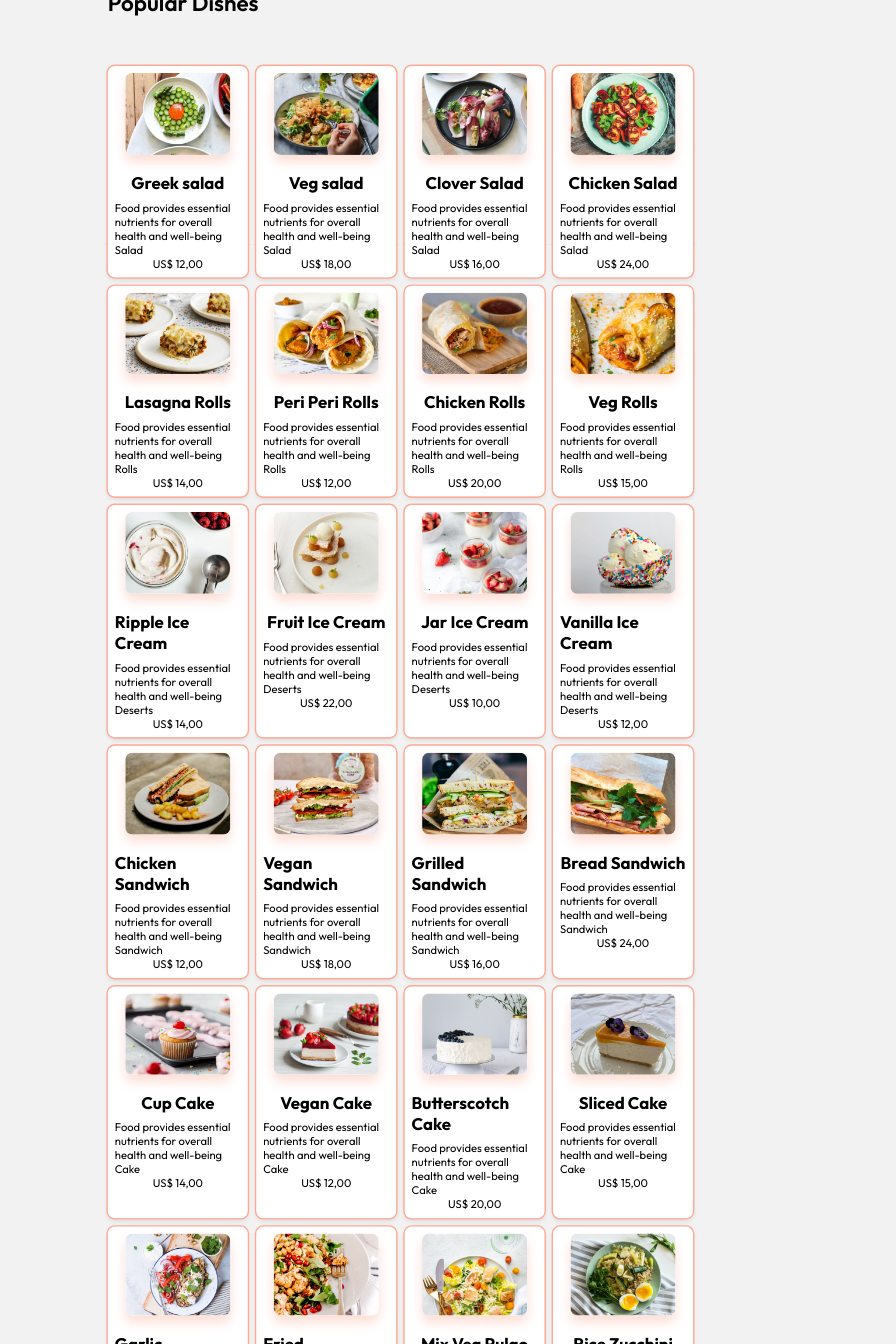
Repository: guilhermecardoso93/foodio
Page: /
These files come from the project's save history. The page is drawn as it stood at one moment and after the next save; the edit follows.
The browser window is 1280 px wide. The pictures show the part of the page from y = 656 to 2576 px (the page is 3417 px tall before and 3217 px after), at 70% of full size.
The project was rebuilt for these pictures with package versions that can differ from the ones it lists, and the page was loaded fresh each time. Also part of the build but not shown: vite.config.js, src/index.css.

Above is the page before, as saved 2024-11-05 20:19:41.

### index.html
<!doctype html>
<html lang="en">

<head>
    <meta charset="UTF-8" />
    <link rel="icon" type="image/svg+xml" href="/" />
    <link rel="preconnect" href="https://fonts.googleapis.com">
    <link rel="preconnect" href="https://fonts.gstatic.com" crossorigin>
    <link href="https://fonts.googleapis.com/css2?family=Inter:ital,opsz,wght@0,14..32,100..900;1,14..32,100..900&family=Outfit:wght@100..900&display=swap" rel="stylesheet">
    <meta name="viewport" content="width=device-width, initial-scale=1.0" />
    <title>Foodio</title>
</head>

<body>
    <div id="root"></div>
    <script type="module" src="/src/main.jsx"></script>
</body>

</html>

### src/main.jsx
import { StrictMode } from "react";
import { createRoot } from "react-dom/client";
import { App } from "./App.jsx";

import "./index.css";
createRoot(document.getElementById("root")).render(
  <StrictMode>
    <App />
  </StrictMode>
);

### src/App.jsx
import "./App.css";
import { Main } from "./components/Main";
import { Menu } from "./components/Menu";

export function App() {
  return (
    <>
      <Menu />
      <Main />
    </>
  );
}

### src/App.css
*, ::after, ::before {
  margin: 0;
  padding: 0;
  box-sizing: border-box;
}

body {
  margin: 0 100px;
  background-color: #f2f2f2;
  font-family: "Outfit", serif;
}

### src/components/Main/index.jsx
import imagem1 from "../../assets/images/image1.png";
import imagem5 from "../../assets/images/image5.png";
import { food_list } from "../../assets/assets";
import { CardItem } from "../CardItem";

import "./styles.css";

export function Main() {
  return (
    <main>
      <section className="grid">
        <div className="content">
          <div className="content-left">
            <div className="info">
              <h2>
                Order Your Best
                <br />
                Food anytime
              </h2>
              <p>
                Hey, our delicious food is waiting for you, <br /> We are always
                waiting for you with fresh items of food.
              </p>
            </div>
            <button>Explore Food</button>
          </div>
          <div className="content-right">
            <img src={imagem1} alt="" />
            <img src={imagem5} alt="" />
            <img src={imagem1} alt="" />{" "}
          </div>
        </div>
      </section>
      <section className="category">
        <div className="list-items">
          <h3>Popular Dishes</h3>
          <div className="card-list">
            {food_list.map((item, index) => {
              return (
                <CardItem
                  image={item.image}
                  name={item.name}
                  price={item.price}
                  description={item.description}
                  category={item.category}
                  key={index}
                />
              );
            })}
          </div>
        </div>
      </section>
    </main>
  );
}

### src/components/Menu/index.jsx
import "./styles.css";

export function Menu() {
  function toggleMenu() {}

  return (
    <div className="navbar">
      <div className="navbar-logo">
        <h1>
          Food<b>io</b>
        </h1>
      </div>
      <div className="hamburguer" onClick={toggleMenu()}>
        <span className="bar"></span>
        <span className="bar"></span>
        <span className="bar"></span>
      </div>
      <ul className="navbar-link">
        <li className="active">
          <a href="/">Home</a>
        </li>
        <li className="active">
          <a href="/">Menu</a>
        </li>
        <li className="active">
          <a href="/">Service</a>
        </li>
        <li className="active">
          <a href="/">About Us</a>
        </li>
        <li className="active">
          <a href="/">Gallery</a>
        </li>
      </ul>
      <div className="auth-buttons">
        <input type="submit" className="sign" value="Sign in" name="signin" />
        <input type="submit" className="sign" value="Sign Out" name="signout" />
      </div>
    </div>
  );
}

### src/assets/assets.js

import food_1 from './food/food_1.png'
import food_2 from './food/food_2.png'
import food_3 from './food/food_3.png'
import food_4 from './food/food_4.png'
import food_5 from './food/food_5.png'
import food_6 from './food/food_6.png'
import food_7 from './food/food_7.png'
import food_8 from './food/food_8.png'
import food_9 from './food/food_9.png'
import food_10 from './food/food_10.png'
import food_11 from './food/food_11.png'
import food_12 from './food/food_12.png'
import food_13 from './food/food_13.png'
import food_14 from './food/food_14.png'
import food_15 from './food/food_15.png'
import food_16 from './food/food_16.png'
import food_17 from './food/food_17.png'
import food_18 from './food/food_18.png'
import food_19 from './food/food_19.png'
import food_20 from './food/food_20.png'
import food_21 from './food/food_21.png'
import food_22 from './food/food_22.png'
import food_23 from './food/food_23.png'
import food_24 from './food/food_24.png'
import food_25 from './food/food_25.png'
import food_26 from './food/food_26.png'
import food_27 from './food/food_27.png'
import food_28 from './food/food_28.png'
import food_29 from './food/food_29.png'
import food_30 from './food/food_30.png'
import food_31 from './food/food_31.png'
import food_32 from './food/food_32.png'


export const food_list = [
    {
        _id: "1",
        name: "Greek salad",
        image: food_1,
        price: 12,
        description: "Food provides essential nutrients for overall health and well-being",
        category: "Salad"
    },
    {
        _id: "2",
        name: "Veg salad",
        image: food_2,
        price: 18,
        description: "Food provides essential nutrients for overall health and well-being",
        category: "Salad"
    }, {
        _id: "3",
        name: "Clover Salad",
        image: food_3,
        price: 16,
        description: "Food provides essential nutrients for overall health and well-being",
        category: "Salad"
    }, {
        _id: "4",
        name: "Chicken Salad",
        image: food_4,
        price: 24,
        description: "Food provides essential nutrients for overall health and well-being",
        category: "Salad"
    }, {
        _id: "5",
        name: "Lasagna Rolls",
        image: food_5,
        price: 14,
        description: "Food provides essential nutrients for overall health and well-being",
        category: "Rolls"
    }, {
        _id: "6",
        name: "Peri Peri Rolls",
        image: food_6,
        price: 12,
        description: "Food provides essential nutrients for overall health and well-being",
        category: "Rolls"
    }, {
        _id: "7",
        name: "Chicken Rolls",
        image: food_7,
        price: 20,
        description: "Food provides essential nutrients for overall health and well-being",
        category: "Rolls"
    }, {
        _id: "8",
        name: "Veg Rolls",
        image: food_8,
        price: 15,
        description: "Food provides essential nutrients for overall health and well-being",
        category: "Rolls"
    }, {
        _id: "9",
        name: "Ripple Ice Cream",
        image: food_9,
        price: 14,
        description: "Food provides essential nutrients for overall health and well-being",
        category: "Deserts"
    }, {
        _id: "10",
        name: "Fruit Ice Cream",
        image: food_10,
        price: 22,
        description: "Food provides essential nutrients for overall health and well-being",
        category: "Deserts"
    }, {
        _id: "11",
        name: "Jar Ice Cream",
        image: food_11,
        price: 10,
        description: "Food provides essential nutrients for overall health and well-being",
        category: "Deserts"
    }, {
        _id: "12",
        name: "Vanilla Ice Cream",
        image: food_12,
        price: 12,
        description: "Food provides essential nutrients for overall health and well-being",
        category: "Deserts"
    },
    {
        _id: "13",
        name: "Chicken Sandwich",
        image: food_13,
        price: 12,
        description: "Food provides essential nutrients for overall health and well-being",
        category: "Sandwich"
    },
    {
        _id: "14",
        name: "Vegan Sandwich",
        image: food_14,
        price: 18,
        description: "Food provides essential nutrients for overall health and well-being",
        category: "Sandwich"
    }, {
        _id: "15",
        name: "Grilled Sandwich",
        image: food_15,
        price: 16,
        description: "Food provides essential nutrients for overall health and well-being",
        category: "Sandwich"
    }, {
        _id: "16",
        name: "Bread Sandwich",
        image: food_16,
        price: 24,
        description: "Food provides essential nutrients for overall health and well-being",
        category: "Sandwich"
    }, {
        _id: "17",
        name: "Cup Cake",
        image: food_17,
        price: 14,
        description: "Food provides essential nutrients for overall health and well-being",
        category: "Cake"
    }, {
        _id: "18",
        name: "Vegan Cake",
        image: food_18,
        price: 12,
        description: "Food provides essential nutrients for overall health and well-being",
        category: "Cake"
    }, {
        _id: "19",
        name: "Butterscotch Cake",
        image: food_19,
        price: 20,
        description: "Food provides essential nutrients for overall health and well-being",
        category: "Cake"
    }, {
        _id: "20",
        name: "Sliced Cake",
        image: food_20,
        price: 15,
        description: "Food provides essential nutrients for overall health and well-being",
        category: "Cake"
    }, {
        _id: "21",
        name: "Garlic Mushroom ",
        image: food_21,
        price: 14,
        description: "Food provides essential nutrients for overall health and well-being",
        category: "Pure Veg"
    }, {
        _id: "22",
        name: "Fried Cauliflower",
        image: food_22,
        price: 22,
        description: "Food provides essential nutrients for overall health and well-being",
        category: "Pure Veg"
    }, {
        _id: "23",
        name: "Mix Veg Pulao",
        image: food_23,
        price: 10,
        description: "Food provides essential nutrients for overall health and well-being",
        category: "Pure Veg"
    }, {
        _id: "24",
        name: "Rice Zucchini",
        image: food_24,
        price: 12,
        description: "Food provides essential nutrients for overall health and well-being",
        category: "Pure Veg"
    },
    {
        _id: "25",
        name: "Cheese Pasta",
        image: food_25,
        price: 12,
        description: "Food provides essential nutrients for overall health and well-being",
        category: "Pasta"
    },
    {
        _id: "26",
        name: "Tomato Pasta",
        image: food_26,
        price: 18,
        description: "Food provides essential nutrients for overall health and well-being",
        category: "Pasta"
    }, {
        _id: "27",
        name: "Creamy Pasta",
        image: food_27,
        price: 16,
        description: "Food provides essential nutrients for overall health and well-being",
        category: "Pasta"
    }, {
        _id: "28",
        name: "Chicken Pasta",
        image: food_28,
        price: 24,
        description: "Food provides essential nutrients for overall health and well-being",
        category: "Pasta"
    }, {
        _id: "29",
        name: "Buttter Noodles",
        image: food_29,
        price: 14,
        description: "Food provides essential nutrients for overall health and well-being",
        category: "Noodles"
    }, {
        _id: "30",
        name: "Veg Noodles",
        image: food_30,
        price: 12,
        description: "Food provides essential nutrients for overall health and well-being",
        category: "Noodles"
    }, {
        _id: "31",
        name: "Somen Noodles",
        image: food_31,
        price: 20,
        description: "Food provides essential nutrients for overall health and well-being",
        category: "Noodles"
    }, {
        _id: "32",
        name: "Cooked Noodles",
        image: food_32,
        price: 15,
        description: "Food provides essential nutrients for overall health and well-being",
        category: "Noodles"
    }
]

### src/components/CardItem/index.jsx
import "./styles.css";

export function CardItem({ image, name, price, description, category }) {
  function formatarPreco(valor) {
    return new Intl.NumberFormat("pt-BR", {
      style: "currency",
      currency: "USD",
    }).format(valor);
  }

  return (
    <div className="card">
      <img src={image} alt="" />
      <div className="title">
        <h1>{name}</h1>
      </div>
      <div className="desc-food">
        <p>{description}</p>
        <p>{category}</p>
      </div>
      <div className="price">
        <span>{formatarPreco(price)}</span>
      </div>
    </div>
  );
}

### src/components/Main/styles.css
.content {
  display: grid;
  grid-template-columns: 50% auto;
  margin-top: 100px;
  gap: 30px;
  align-items: center;
  justify-content: space-between;
  width: 100%;
}

.content-left {
  display: block;
  width: 100%;
}

.content-left .info {
  max-width: 100%;
  display: flex;
  flex-direction: column;
}

.content-left .info h2 {
  font-size: 60px;
  margin-bottom: 30px;
}

.content-left .info p {
  font-size: 20px;
  line-height: 2pc;
  margin-bottom: 30px;
}

.content-left button {
  padding: 10px 23px;
  background-color: #ff511c;
  color: #f2f2f2;
  border-radius: 5px;
  border: none;
  cursor: pointer;
  font-weight: 600;
  font-size: 1.2rem;
  margin-bottom: 5px;
}

.content-left button:hover {
  color: #ff511c;
  background-color: #f2f2f2;
  border: solid 2px #ff511c;
  padding: 8px 21px;
}

.grid {
  width: 100%;
  max-width: 1200px;
  margin: 0 auto;
  padding: 20px;
}

.content-right {
  position: relative;
  height: 400px;
  width: 400px;
  display: flex;
  justify-content: center;
  align-items: center;
}

.content-right img {
  position: absolute;
  width: 100%;
  height: 100%;
  object-fit: cover;
  opacity: 0;
  animation: imageSwitch 15s infinite, rotate 3s linear infinite;
  transform-origin: center center;
}

.content-right img:nth-child(1) {
  animation-delay: 0s;
}

.content-right img:nth-child(2) {
  animation-delay: 5s;
}

.content-right img:nth-child(3) {
  animation-delay: 10s;
}

@keyframes rotate {
  from {
    transform: rotate(0deg);
  }

  to {
    transform: rotate(360deg);
  }
}

@keyframes imageSwitch {
  0%, 33% {
    opacity: 1;
  }

  34%, 100% {
    opacity: 0;
  }
}

.category {
  width: 100%;
  display: flex;
  margin-bottom: 50px;
  justify-content: center;
}

.category .list-items {
  width: 90%;
  position: relative;
  position: relative;
}

.category .list-items h3 {
  font-size: 2rem;
  font-weight: 600;
  margin-bottom: 70px;
}

.category .list-items .card-list {
  display: flex;
  flex-wrap: wrap;
  gap: 12px;
}

### src/components/Menu/styles.css
.navbar {
  width: 100%;
  display: flex;
  justify-content: space-between;
  align-items: center;
  padding: 30px 0;
}

.navbar-logo {
  font-weight: 600;
  color: rgb(122, 122, 122);
}

.navbar-logo b {
  color: #ff511c;
}

.navbar-link {
  display: flex;
  list-style: none;
}

.navbar-link li {
  margin-right: 30px;
}

.navbar-link li a {
  text-decoration: none;
  color: rgb(122, 122, 122);
  font-weight: 500;
  font-size: 17px;
}

.navbar-link li a:hover {
  color: #ff511c;
}

.navbar-link .active::after {
  content: "";
  width: 100%;
  height: 3px;
  background-color: #ff511c;
  display: flex;
  position: relative;
  margin-top: 3x;
}

.auth-buttons {
  display: flex;
  align-items: center;
  gap: 10px;
}

input {
  padding: 10px;
  cursor: pointer;
  font-weight: 600;
}

.sign {
  background: transparent;
  border: none;
  color: rgb(122, 122, 122);
  font-weight: 500;
  font-size: 17px;
  text-decoration: none;
}

.sign:hover {
  background-color: #ff511c;
  border-radius: 10px;
  color: black;
}

### src/components/CardItem/styles.css
.card {
  width: 200px;
  min-height: 250px;
  /* Define uma altura mínima para o cartão */
  display: flex;
  flex-direction: column;
  align-items: center;
  padding: 10px;
  border-radius: 10px;
  position: relative;
  background-color: #ffffff;
  outline: 2px solid #ffaa96;
  box-shadow: 0 4px 8px rgba(0, 0, 0, 0.1);
}

.card img {
  width: 100%;
  max-width: 150px;
  height: auto;
  border-radius: 10px;
  object-fit: cover;
  object-position: center;
  background-repeat: no-repeat;
  box-shadow: 0 10px 15px rgba(250, 173, 150, 0.4);
  /* Ajusta a sombra */
  margin-bottom: 15px;
  /* Espaço entre a imagem e o conteúdo abaixo */
}

.card .title {
  padding: 10px 0 10px;

}

.card-content {
  text-align: center;
  /* Centraliza o conteúdo */
  padding: 5px;
}

After the next save:
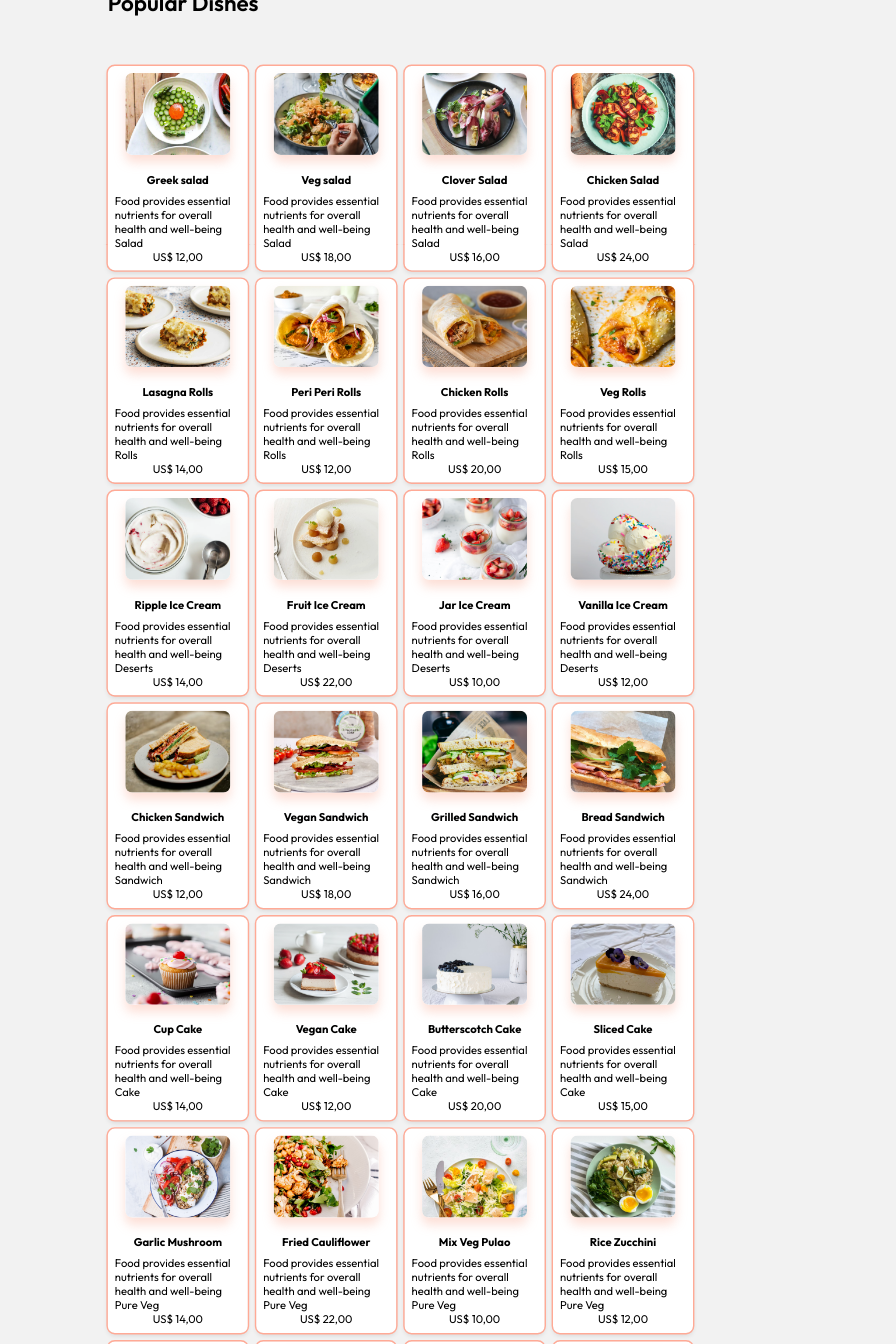
Saved 44 s later.
--- a/src/components/CardItem/styles.css
+++ b/src/components/CardItem/styles.css
@@ -29,6 +29,12 @@
 
 .card .title {
   padding: 10px 0 10px;
+}
+
+.card .title h1 {
+  text-align: center;
+  font-weight: bold;
+  font-size: 1rem;
 
 }
 
